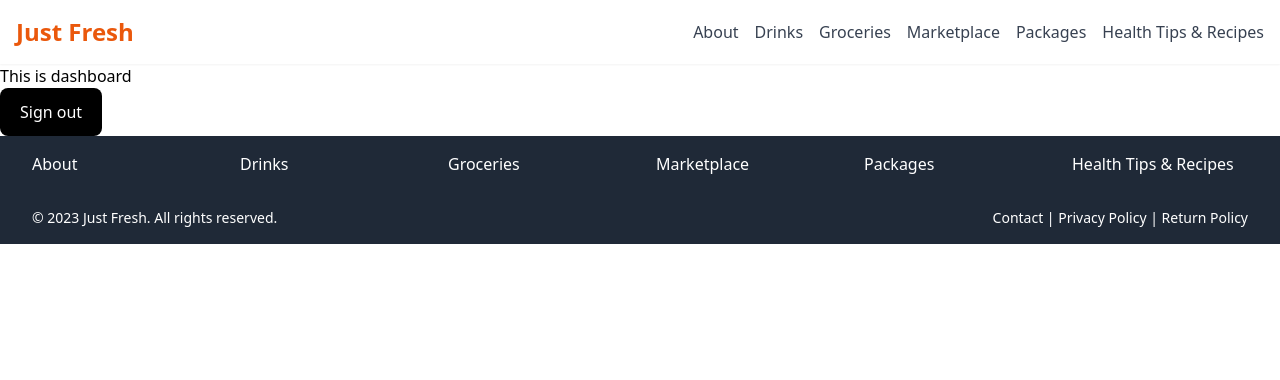
Repository: buzzedison/justfreshnew
Page: /dashboard
These files come from the project's save history. The page is drawn as it stood at one moment and after the next save; the edit follows.
The browser window is 1280 px wide. The pictures show the whole page.
The project was rebuilt for these pictures with package versions that can differ from the ones it lists, and the page was loaded fresh each time. The framework's server and built-in components were replaced by stand-ins that run in the browser. Also part of the build but not shown: svelte.config.js, vite.config.js.

Above is the page before, as saved 2023-04-04 11:53:52.

After the next save:
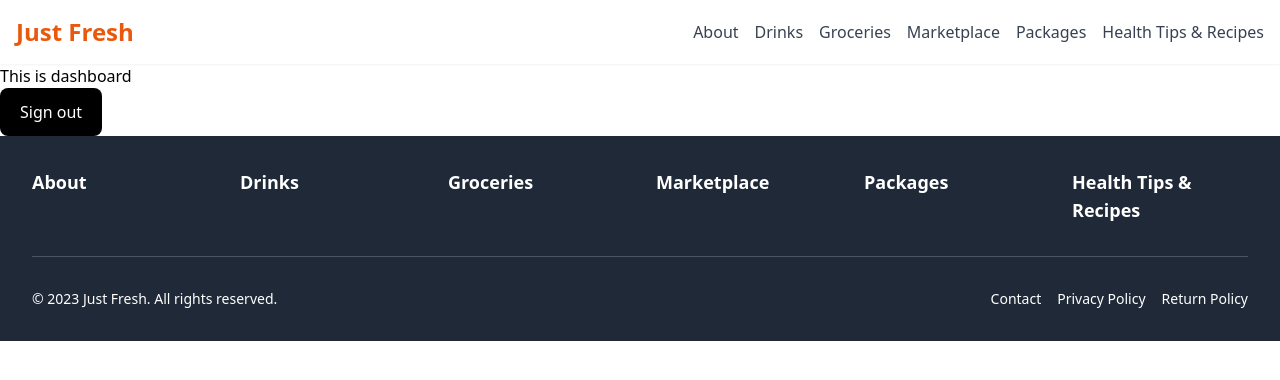
Saved 2 min 59 s later.
--- a/src/components/Footer.svelte
+++ b/src/components/Footer.svelte
@@ -2,24 +2,24 @@
   // You can add any necessary script here
 </script>
 
-<footer class="bg-gray-800 text-white px-8 py-4">
+<footer class="bg-gray-800 text-white px-8 py-8">
   <div class="container mx-auto">
-    <div class="grid grid-cols-2 md:grid-cols-6 gap-8">
-      <div>About</div>
-      <div>Drinks</div>
-      <div>Groceries</div>
-      <div>Marketplace</div>
-      <div>Packages</div>
-      <div>Health Tips & Recipes</div>
+    <div class="grid grid-cols-1 md:grid-cols-6 gap-8 mb-8">
+      <div class="font-semibold text-lg">About</div>
+      <div class="font-semibold text-lg">Drinks</div>
+      <div class="font-semibold text-lg">Groceries</div>
+      <div class="font-semibold text-lg">Marketplace</div>
+      <div class="font-semibold text-lg">Packages</div>
+      <div class="font-semibold text-lg">Health Tips & Recipes</div>
     </div>
-    <div class="flex justify-between mt-8">
-      <div class="text-sm">
+    <hr class="border-gray-600" />
+    <div class="flex flex-wrap justify-between mt-8 text-sm">
+      <div>
         &copy; {new Date().getFullYear()} Just Fresh. All rights reserved.
       </div>
-      <div class="text-sm">
-        <a href="/contact" class="hover:text-gray-300">Contact</a> |
+      <div class="flex flex-wrap gap-4 mt-4 md:mt-0">
+        <a href="/contact" class="hover:text-gray-300">Contact</a>
         <a href="/privacy-policy" class="hover:text-gray-300">Privacy Policy</a>
-        |
         <a href="/return-policy" class="hover:text-gray-300">Return Policy</a>
       </div>
     </div>
